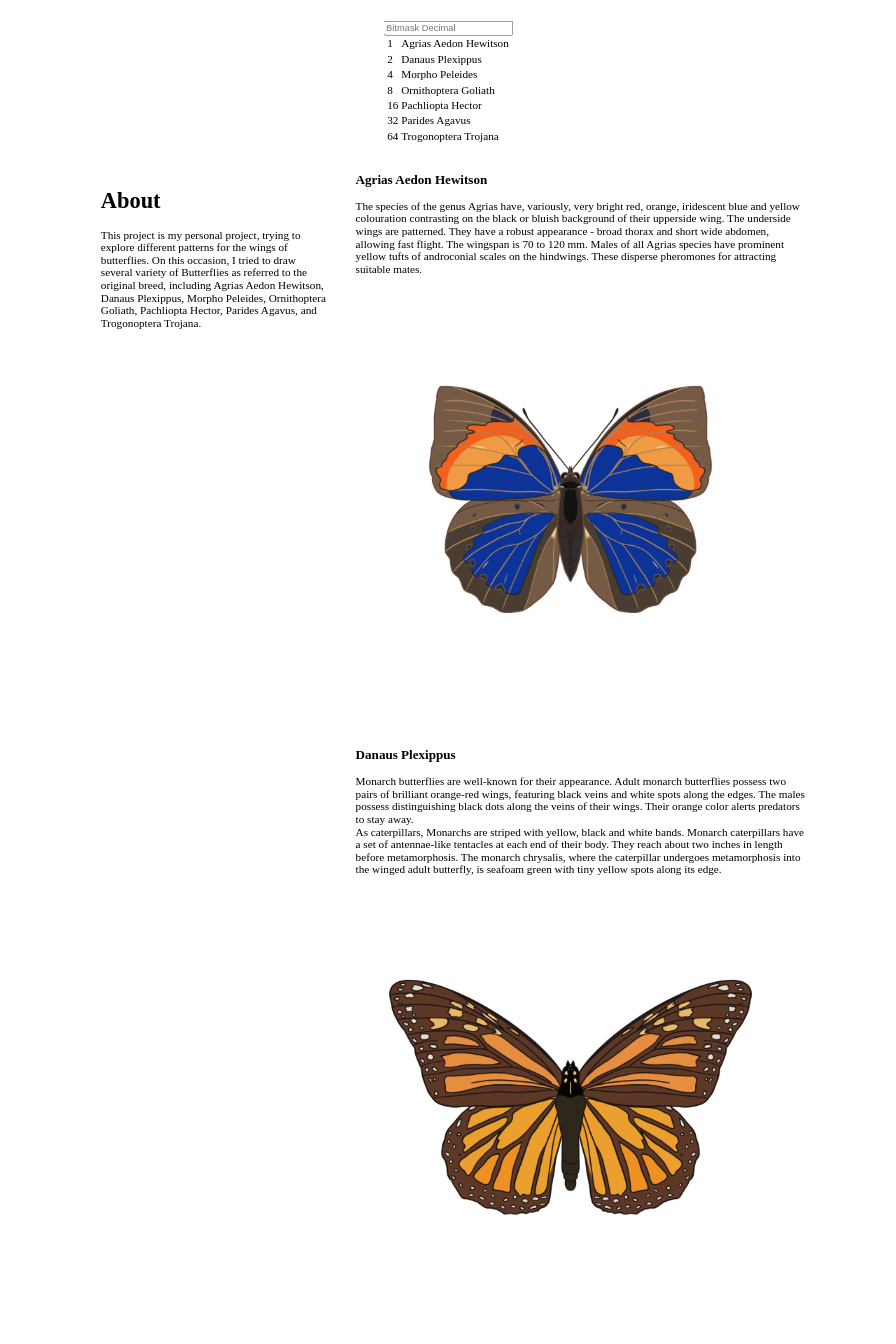
Repository: MeowCeline00/assessment-2
Page: /
The author's editor kept a copy of each file at every save. The page is drawn from the files as they stood at one save, then again after the next save.
The browser window is 1280 px wide. The pictures show the part of the page from y = 464 to 2384 px (the page is 7042 px tall before and 5878 px after), at 70% of full size.
The project was rebuilt for these pictures with package versions that can differ from the ones it lists, and the page was loaded fresh each time. The framework's server and built-in components were replaced by stand-ins that run in the browser. Also part of the build but not shown: next.config.mjs.

Above is the page before, as saved 2024-02-07 23:11:22.

After the next save:
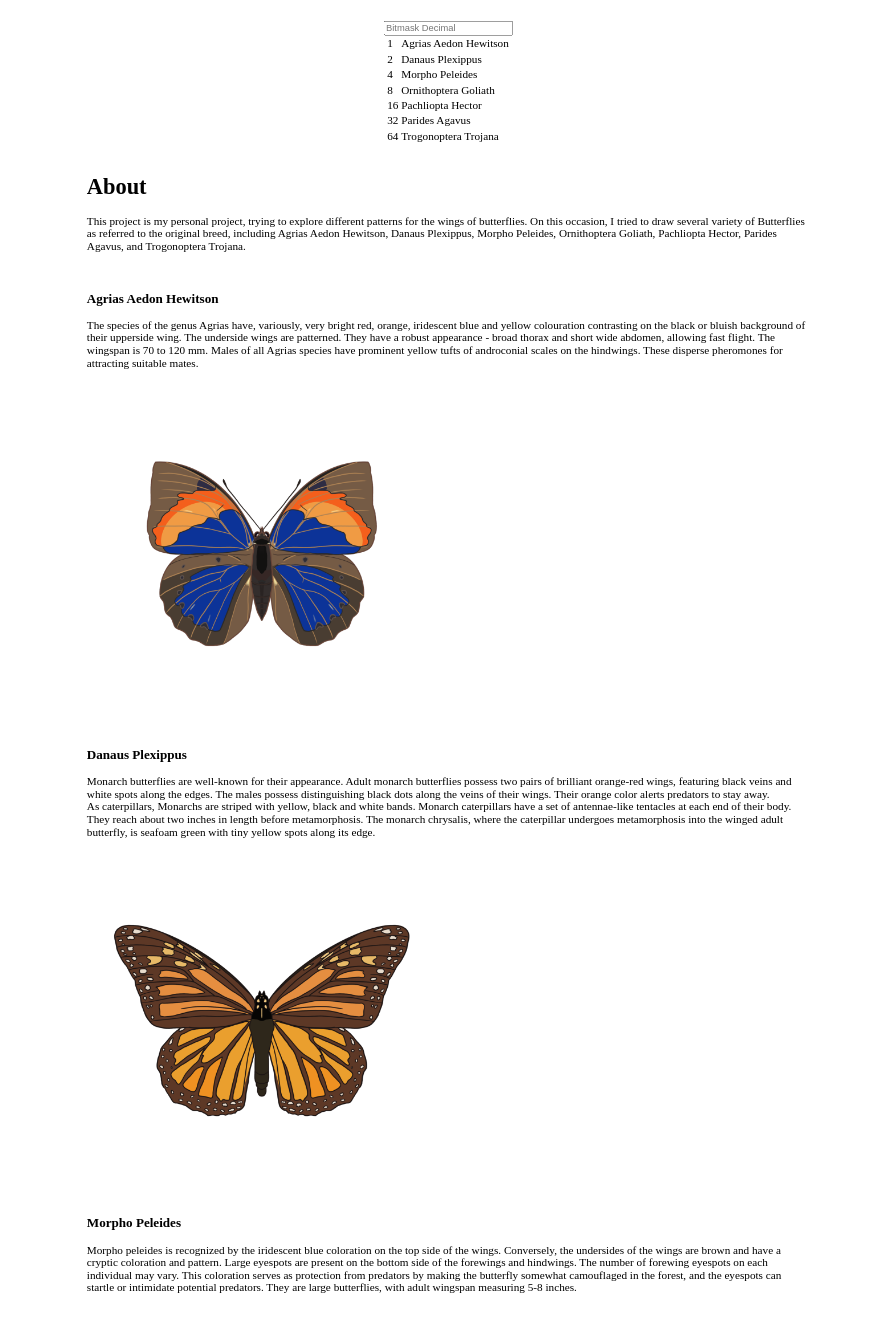
Saved 118 s later.
--- a/Components/Contents/Contents.module.css
+++ b/Components/Contents/Contents.module.css
@@ -1,31 +1,19 @@
 .contents {
     display: flex;
-    flex-direction: row; /* Align children horizontally */
-    justify-content: space-between; /* Spacing between the main content and images */
-    align-items: flex-start; /* Align items at the start of the cross axis */
+    flex-direction: column; /* Stack children vertically */
     margin: 20px; /* Adjust the margin as needed */
 }
 
 .projectDescription {
-    flex: 1; /* Takes up only the space it needs */
-    margin-right: 20px; /* Adjust the margin as needed */
-    padding: 20px;
+    margin-bottom: 20px; /* Space between the description and the images */
 }
 
-.butterflyPatterns {
-    flex: 2; /* Takes up twice the space compared to projectDescription */
-    display: flex;
-    flex-direction: column;
-    justify-content: flex-start;
-    align-items: flex-end; /* Align images to the right */
+.butterflyPattern {
+    margin-bottom: 20px; /* Space between each butterfly information block */
 }
 
-.butterflyPatterns > div {
-    margin-bottom: 20px; /* Adjust the margin as needed */
-}
-
-.butterflyPatterns img {
-    width: auto; /* Adjust the width as needed */
-    height: auto; /* Adjust the height as needed */
+.butterflyPattern img {
+    width: auto; /* Adjust width as needed */
+    height: auto; /* Adjust height as needed */
     max-width: 100%; /* Ensure the image is responsive and doesn't overflow */
 }
